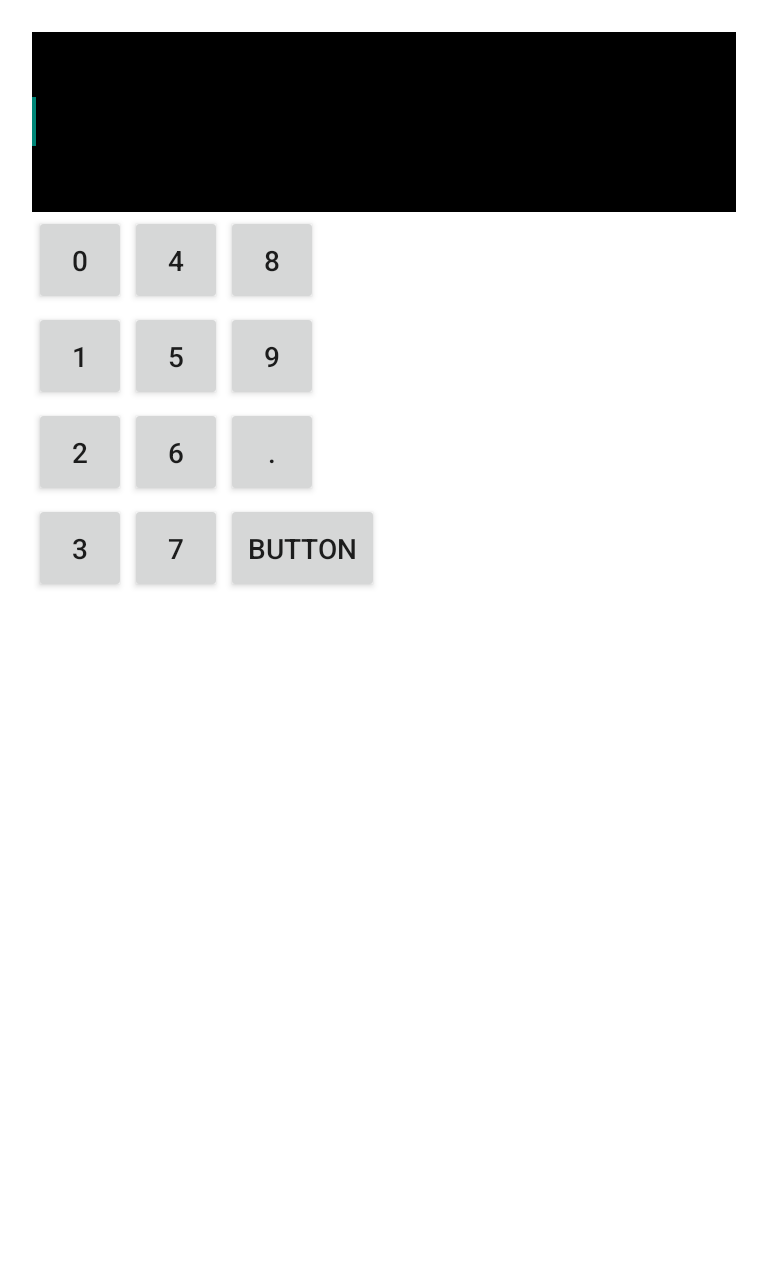
Repository: roopasree/new-pgm
Layout: Newapp/res/layout/ctivity3_main.xml
An editor plug-in stored every save of this project. The layout is shown before and after the next save, followed by the edit.
It is drawn on a 768 x 1280 px phone screen (xhdpi) without system bars, with theme AppTheme; the app's code is not run.

Above is the layout before, as saved 2015-02-16 05:44:24.

After the next save:
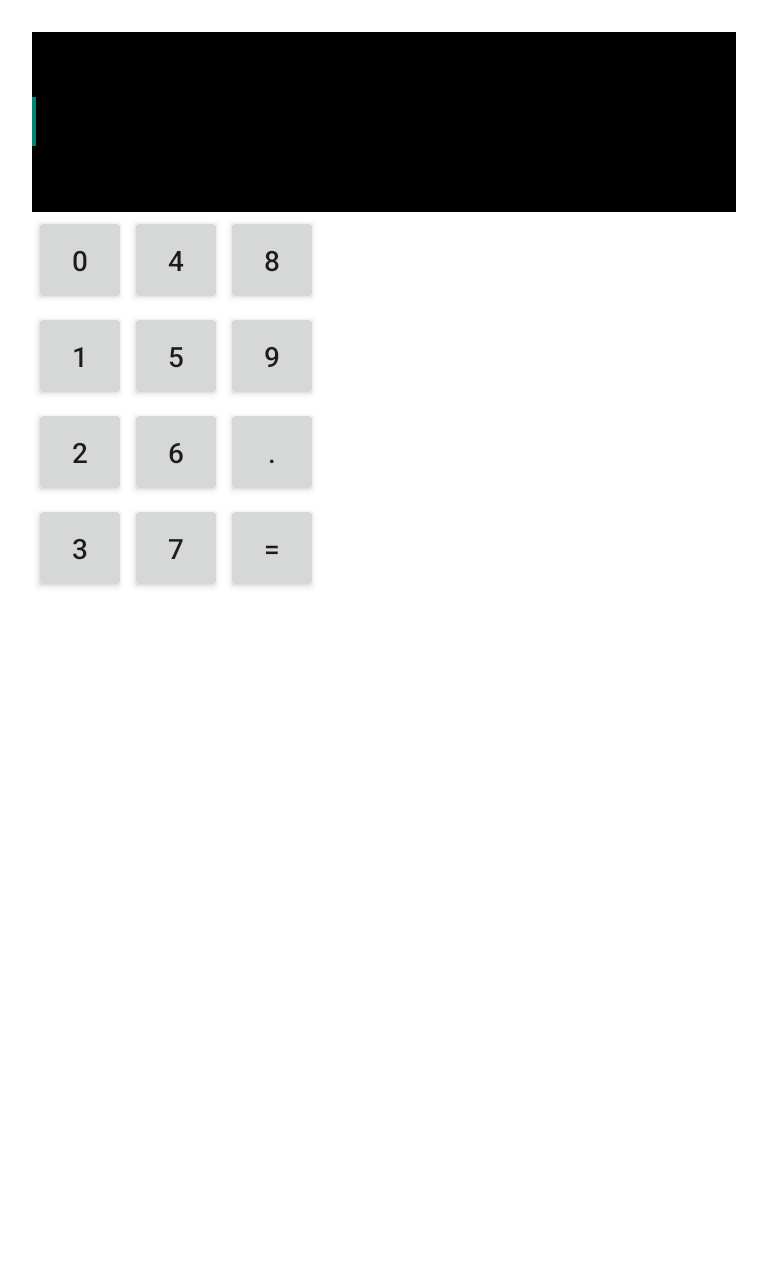
Saved 37 s later.
--- a/Newapp/res/layout/ctivity3_main.xml
+++ b/Newapp/res/layout/ctivity3_main.xml
@@ -143,7 +143,7 @@
                 style="?android:attr/buttonStyleSmall"
                 android:layout_width="wrap_content"
                 android:layout_height="wrap_content"
-                android:text="Button" />
+                android:text="=" />
 
         </LinearLayout>
     </LinearLayout>
